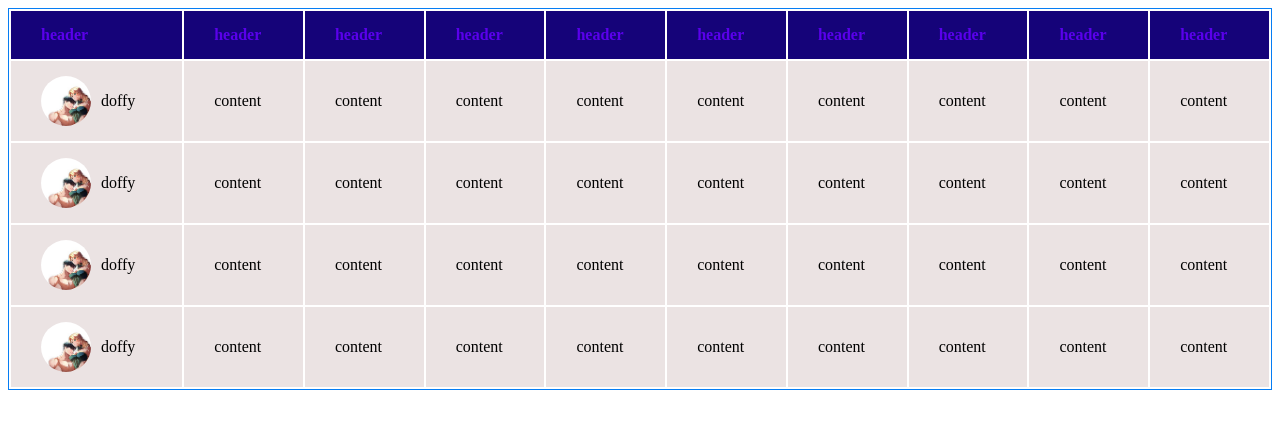
Repository: 16-Doffy/howtouse-htmlcss
Page: Sticky Table/index.html
These files come from the project's save history. The page is drawn as it stood at one moment and after the next save; the edit follows.
The browser window is 1280 px wide. The pictures show the whole page.

Above is the page before, as saved 2024-12-17 18:01:19.

After the next save:
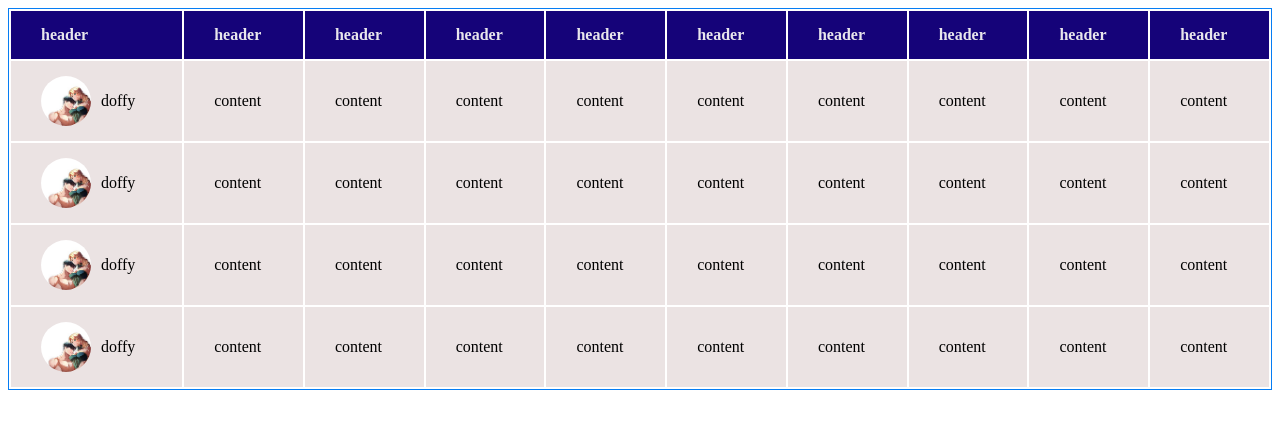
Saved 29 s later.
--- a/Sticky Table/app.css
+++ b/Sticky Table/app.css
@@ -9,7 +9,7 @@ table th, table td{
    white-space: nowrap;
 }
 table th{
-  color: rgb(90, 0, 235);
+  color: rgb(232, 230, 236);
   font-weight: 600;
 background-color: rgb(21, 3, 121);
 }
